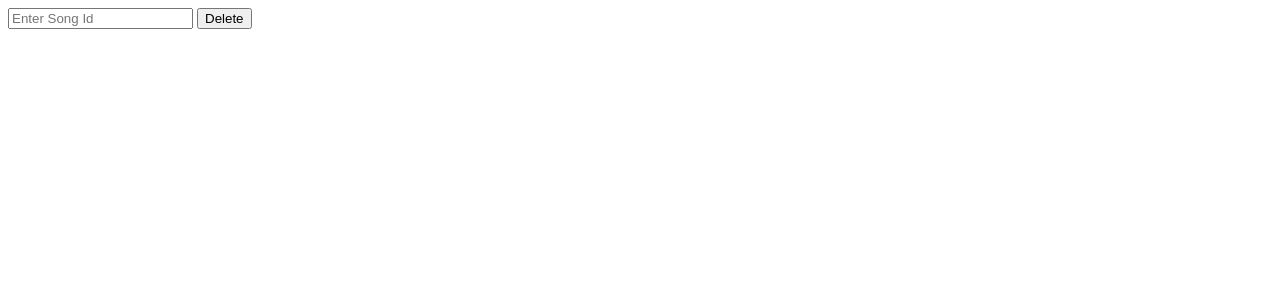
Repository: vishaltawar/J2EE-WEJE-2
Page: http://localhost/musicjsp/DeleteSongTransferId.jsp
The author's editor kept a copy of each file at every save. The page is drawn from the files as they stood at one save, then again after the next save.
The browser window is 1280 px wide. The pictures show the whole page.
The page is served by Tomcat 9. Queries for data that is not in the repository find no rows.

Above is the page before, as saved 2022-12-18 19:55:21.

### musicjsp/src/main/webapp/DeleteSongTransferId.jsp
<%@ page language="java" contentType="text/html; charset=UTF-8"
	pageEncoding="UTF-8"%>
<jsp:include page="ViewSong.jsp" />
<!DOCTYPE html>
<html>
<head>
<meta charset="UTF-8">
<title>Insert title here</title>
</head>
<body>
	<!--<a href="ViewSong.jsp">View Songs</a>  -->
	<form action="./deleteSong.jsp">
		<input type="text" name="id" placeholder="Enter Song Id "> <input
			type="submit" value="Delete">
	</form>

</body>
</html>

### musicjsp/src/main/webapp/ViewSong.jsp
<%@page import="java.sql.ResultSet"%>
<%@ page language="java" contentType="text/html; charset=UTF-8"
	pageEncoding="UTF-8"%>
<%@page import="java.sql.DriverManager"%>
<%@page import="java.sql.Connection"%>
<%@page import="java.sql.PreparedStatement"%>
<%@page import="java.io.IOException"%>
<%@page import="java.sql.SQLException"%>
<%@page import="javax.servlet.ServletException"%>
<%@page import="javax.servlet.annotation.WebServlet"%>
<%@page import="javax.servlet.http.HttpServlet"%>
<%@page import="javax.servlet.ServletException"%>

<%!Connection connection;%>
<%!PreparedStatement statement;%>
<%!ResultSet resultSet;%>
<%!String id;
String name;
String movie;
float length;
String singer;
String composer;
String lyrics;%>

<!DOCTYPE html>
<html>
<head>
<meta charset="UTF-8">
<title>View Songs</title>
<style>
table {
	border: 1px solid yellow;
	padding: 5px;
}

tr {
	border: 1px solid;
	color: orangered;
}
</style>
</head>
<body>
	<%
	try {
		Class.forName("com.mysql.cj.jdbc.Driver");
		connection = DriverManager.getConnection("jdbc:mysql://localhost:3306/weje2", "root", "root");
		statement = connection.prepareStatement("select * from song");
		resultSet = statement.executeQuery();
	%>


	<%
	while (resultSet.next()) {
	%>
	<h4><%="Id : " + resultSet.getString(1) + " | S Name : " + resultSet.getString(2) + " | Movie : "
		+ resultSet.getString(3) + " | length : " + resultSet.getFloat(4) + " | Singer : " + resultSet.getString(5)
		+ " |  Composer : " + resultSet.getString(6) + " | Lyrics : " + resultSet.getString(7)%></h4>


	<%
	}
	} catch (SQLException e) {
	%>
	<%=e%>
	<%
	} finally {
	if (connection != null) {
		try {
			connection.close();
		} catch (SQLException e) {
	%>
	<%=e%>
	<%
	}
	}
	if (statement != null) {
	try {
	statement.close();
	} catch (SQLException e) {
	%>
	<%=e%>
	<%
	}
	}
	}
	%>



</body>
</html>

After the next save:
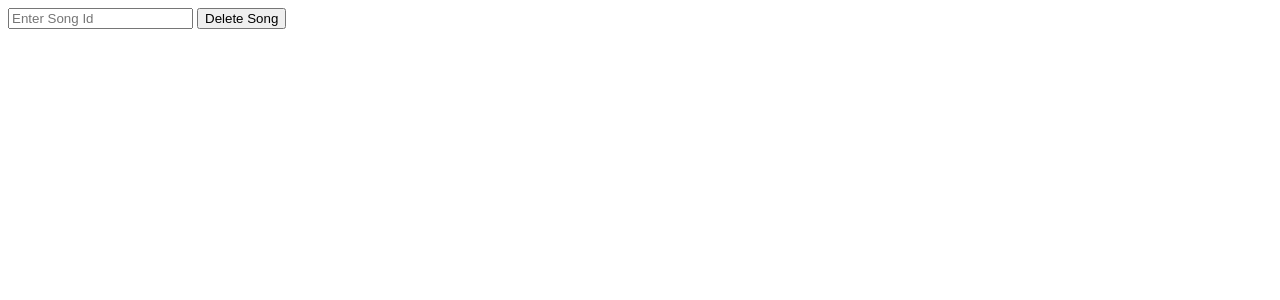
Saved 2 min 3 s later.
--- a/musicjsp/src/main/webapp/DeleteSongTransferId.jsp
+++ b/musicjsp/src/main/webapp/DeleteSongTransferId.jsp
@@ -11,7 +11,7 @@
 	<!--<a href="ViewSong.jsp">View Songs</a>  -->
 	<form action="./deleteSong.jsp">
 		<input type="text" name="id" placeholder="Enter Song Id "> <input
-			type="submit" value="Delete">
+			type="submit" value="Delete Song">
 	</form>
 
 </body>
